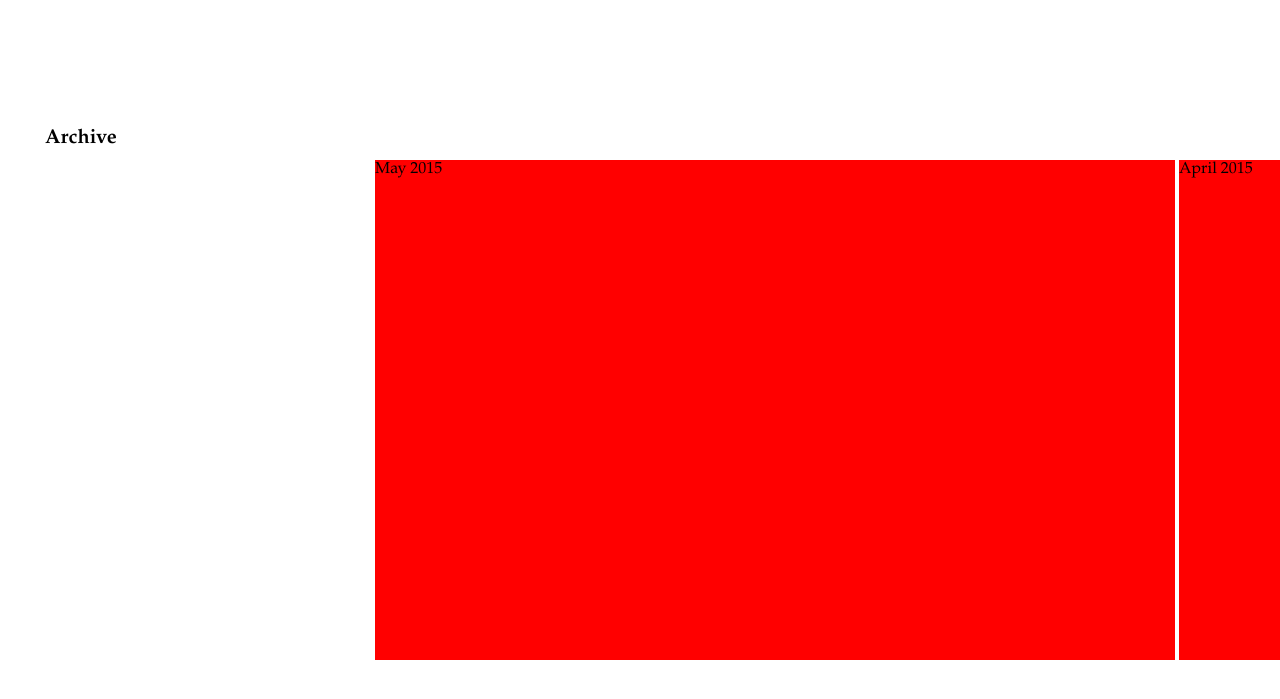
Repository: simonekurtz/simonekurtz.github.io
Page: 3ASGN_Catalog/archive.html
The author's editor kept a record of every edit. The page is drawn from the files as they stood at one moment, then again after the next edit.
The browser window is 1280 px wide. The pictures show the whole page.
Some web libraries are served in a nearby version.

Above is the page before.

### 3ASGN_Catalog/archive.html
<html>
    <head>
       <title>Left Hand Training</title>
         <link rel="stylesheet" href="archive.css">

    </head>
    <body>
    <div class="splash-header">
        </div>

        <div class="header-image"><a href="index.html"><img src="images/menu/title_small.png"></a>
        </div>

        <div class="menu">
        <a href="gallery.html">GALLERY</a>
        <a href="submit.html">SUBMIT</a>
        <a href="about.html">ABOUT</a>
        </div>

<!--        <div class="menu">
            <a href="gallery.html"><img src="images/menu/gallery.png" class="gallerylink"></a>
            <a href="submit.html"><img src="images/menu/submit.png" class="submitlink"></a>
            <a href="about.html"><img src="images/menu/about.png" class="aboutlink"></a>

-->

        <div class="splash image">
            <a href="images/images/IMG_3008.jpg"></a>
        </div>

        <div class="content">
            <h4>Archive</h4>

            <div class="longwrapper">
                <div class="wrappercontent">

                    <div class="c1">
                        May 2015
                        <br
                        <a href="images/images/ArchiveMay.png"></a>
                    </div>
                    <div class="c2">
                        April 2015
                    </div>
                    <div class="c3">
                        March 2015
                    </div>
                </div>
            </div>
        </div>



        <script type="text/javascript" src="//code.jquery.com/jquery-1.11.2.min.js"></script>
        <script type="text/javascript" src="script.js"></script>
    </body>
</html>

### 3ASGN_Catalog/archive.css
body {
    margin: 0px;
    cursor: url("images/icons/left-arrow-resize.png"), auto;
    font-family: Garamond;
    background: url(images/images/IMG_3008.jpg);
    background-size: 100%;
    background-repeat: no-repeat;
    z-index: 1000;
}

h2 {
	font-family: Garamond;
	text-decoration: none;
	font-size: 20px;
}

h3 {
	font-family: Garamond;
    color: white;
	font-size: 13px;
	letter-spacing: 3px;
	text-align: center;
}

p {
    font-family: Garamond;
    font-size: 15px;
    line-height: 20px;
}

a {
    color: black;
    text-decoration: none;
}

a:hover{
    cursor:url("images/icons/left-pointer-resize.png"), auto;
}

.menu {
    position: absolute;
    width: 400px;
    left: 10%;
    top: 40px;
    z-index: 1100;
}

.menu a {
    text-decoration: none;
    color: white;
    letter-spacing: 3px;
    padding: 20px;
}

.header-image {
    position: absolute;
    top: 20px;
    right: 10%;
}

/*
.gallerylink {
    position: relative;
    padding: 1%;
}

.submitlink {
    position: relative;
    padding: 1%;
    top: -7px;
}

.aboutlink {
    position: relative;
    padding: 1%;
    top: -11px;
}
*/

.content {
    margin-left: auto;
    margin-right: auto;
    margin-top: 100px;
    height: 86%;
    width: 100%;
    background-color: white;
    z-index: 1100;
    overflow-y: hidden;
    overflow-x: scroll;
}

/* ------ START GALLERY CSS ----- */

.GalleryBinder {
    text-align: center;
}

.GalleryBinderSub1 {
    margin-top: 50px;
    margin-bottom: -20px;
}

.Gallery1 {
    display: inline-block;
    margin-top: 15px;
    margin-right: 5px;
    width: 300px;
    height: 200px;
    background-color: white;
    opacity: .7;
}

.Gallery1:hover {
    display: inline-block;
    margin-top: 15px;
    margin-right: 5px;
    width: 300px;
    height: 200px;
    background-color: white;
    opacity: 1;
}

.Gallery2 {
    display: inline-block;
    margin-right: 5px;
    margin-left: 5px;
    width: 300px;
    height: 200px;
    background-color: white;
    opacity: .7;
}

.Gallery2:hover {
    display: inline-block;
    margin-right: 5px;
    margin-left: 5px;
    width: 300px;
    height: 200px;
    background-color: white;
    opacity: 1;
}

.Gallery3 {
    display: inline-block;
    margin-left: 5px;
    width: 300px;
    height: 200px;
    background-color: white;
    opacity: .7;
}

.Gallery3:hover {
    display: inline-block;
    margin-left: 5px;
    width: 300px;
    height: 200px;
    background-color: white;
    opacity: 1;
}

.Gallery4 {
    display: inline-block;
    margin-right: 5px;
    width: 300px;
    height: 320px;
    background-color: white;
    opacity: .7;
}

.Gallery4:hover {
    display: inline-block;
    margin-right: 5px;
    width: 300px;
    height: 320px;
    background-color: white;
    opacity: 1;
}

.Gallery5 {
    display: inline-block;
    margin-left: 5px;
    width: 300px;
    height: 320px;
    background-color: white;
    opacity: .7;
}

.Gallery5:hover {
    display: inline-block;
    margin-left: 5px;
    width: 300px;
    height: 320px;
    background-color: white;
    opacity: 1;
}

.galleryContainer1 {
    margin-left: auto;
    margin-right:auto;
    width: 275px;
    height: 255px;
    text-align: justify;

}

.galleryContainer2 {
    margin-left: auto;
    margin-right:auto;
    width: 275px;
    height: 255px;

}

.galleryContainer3 {
    margin-left: auto;
    margin-right:auto;
    width: 275px;
    height: 255px;

}

.galleryContainer4 {
    margin-left: auto;
    margin-right:auto;
    width: 275px;
    height: 255px;
    text-align: justify;

}

.galleryContainer5 {
    margin-left: auto;
    margin-right:auto;
    width: 275px;
    height: 255px;

}

.galleryContainer6 {
    margin-left: auto;
    margin-right:auto;
    width: 275px;
    height: 255px;

}

.galleryImage1 {
    margin-left: auto;
    margin-right:auto;
    width: 275px;
    height: 200px;

}

.galleryImage2 {
    margin-left: auto;
    margin-right:auto;
    width: 275px;
    height: 200px;
    background: url(images/images/Lettering2.png);
}
.galleryImage3 {
    margin-left: auto;
    margin-right:auto;
    width: 275px;
    height: 200px;

}

.galleryImage4 {
    margin-left: auto;
    margin-right:auto;
    width: 275px;
    height: 200px;

}

.galleryImage5 {
    margin-left: auto;
    margin-right:auto;
    width: 275px;
    height: 200px;

}
.galleryImage6 {
    margin-left: auto;
    margin-right:auto;
    width: 275px;
    height: 200px;

}

.galleryText {
    padding-top: 10px;
    padding-bottom: 10px;
    margin-left: 50px;
    margin-right:auto;
    text-align: justify;
}

/* ------ END GALLERY CSS ----- */

h4 {
    position: fixed;
    left: 45px;
    font-family: Garamond;
	text-decoration: none;
	font-size: 20px;
}

.infoBar {
    position: fixed;
    padding-left: 45px;
    padding-right: 20px;
    top: 155px;
    width: 325px;
    height: 510px;
    background-color: white;
    z-index: 5000;
}

.longwrapper {
    margin-left: auto;
    margin-right: auto;
    width: 2800px;
}

.wrappercontent {
    margin-top: 60px;
    margin-left: 375px;
}

.c1 {
    display: inline-block;
    width: 800px;
    height: 500px;
    background-color: red;
}

.c2 {
    display: inline-block;
    width: 800px;
    height: 500px;
    background-color: red;
}

.c3 {
    display: inline-block;
    width: 800px;
    height: 500px;
    background-color: red;
}

### 3ASGN_Catalog/script.js
// var delay=1000 //set delay in miliseconds
// var curindex=0


	var randomimages = ["IMG_2998.JPG", "IMG_3003.jpg", "IMG_3008.jpg", "IMG_3018.jpg", "IMG_3043.jpg"];


function randselect() {
    var slideshow = "url(images/images/" + randomimages[Math.floor(Math.random()*randomimages.length)] + ")";

$("body").css("background-image",slideshow);

}

$(window).load(function() {
    $(".element").height(($(window.height)-200) + "px");
});

$(window).resize(function() {
    $(".element").height(($(window.height)-200) + "px");
});

setInterval("randselect()",3000);

//setTimeout("randselect()",);




// var preload=new Array()

// for (n=0;n<randomimages.length;n++)
// {
// 	preload[n]=new Image()
// 	preload[n].src=randomimages[n]
// }

// document.write('<img name="defaultimage" src="images/'+randomimages[Math.floor(Math.random()*(randomimages.length))]+'">')

// function rotateimage()
// {

// if (curindex==(tempindex=Math.floor(Math.random()*(randomimages.length)))){
// curindex=curindex==0? 1 : curindex-1
// }
// else
// curindex=tempindex

// 	document.images.defaultimage.src=randomimages[curindex]
// }

// setInterval("rotateimage()",delay)

After the next edit:
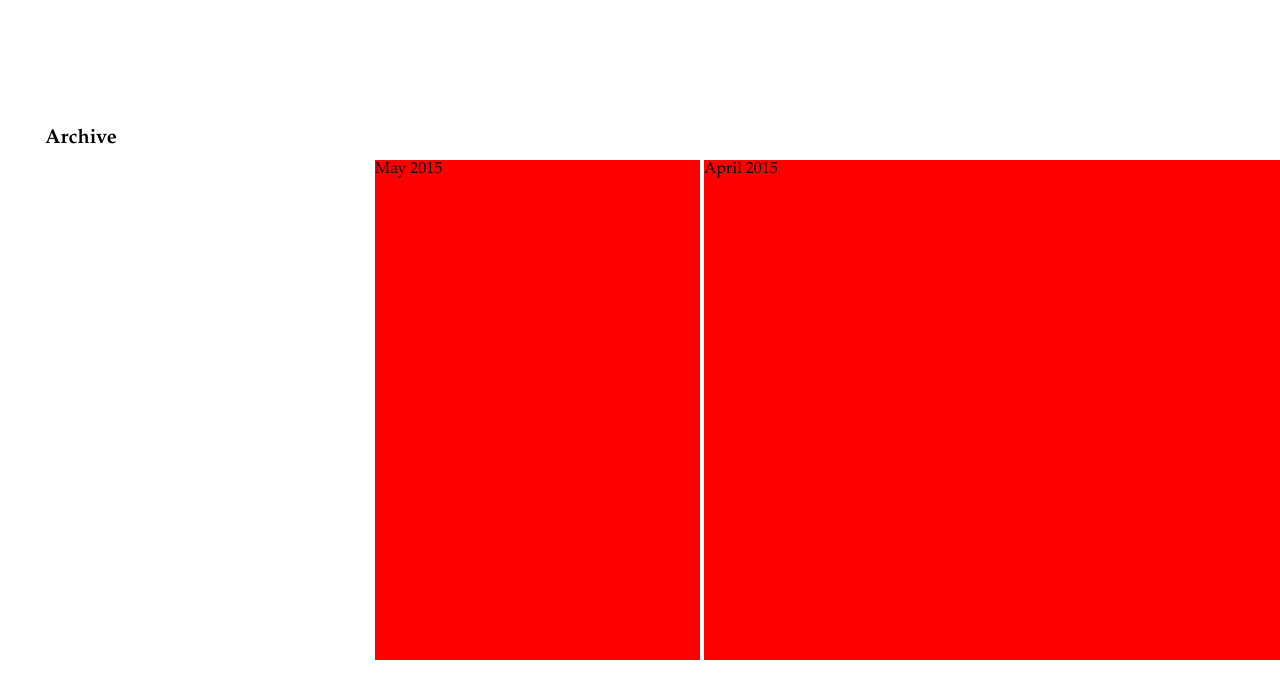
The edit:
--- a/3ASGN_Catalog/archive.css
+++ b/3ASGN_Catalog/archive.css
@@ -332,21 +332,21 @@
 
 .c1 {
     display: inline-block;
+    width: 325px;
+    height: 500px;
+    background-color: red;
+}
+
+.c2 {
+    display: inline-block;
     width: 800px;
     height: 500px;
     background-color: red;
 }
 
-.c2 {
+.c3 {
     display: inline-block;
     width: 800px;
     height: 500px;
     background-color: red;
 }
-
-.c3 {
-    display: inline-block;
-    width: 800px;
-    height: 500px;
-    background-color: red;
-}
